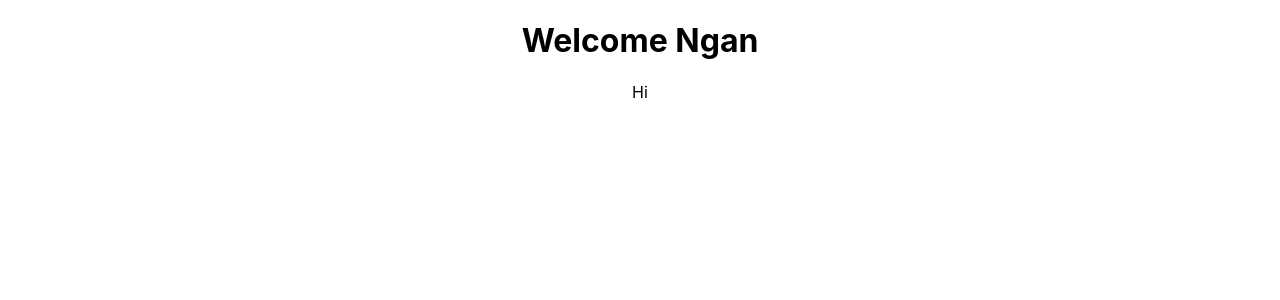
Repository: nguyenthibichngan/learn-react-redux
Page: /
An editor plug-in stored every save of this project. The page is shown before and after the next save, followed by the edit.
The browser window is 1280 px wide. The pictures show the whole page.
The project was rebuilt for these pictures with package versions that can differ from the ones it lists, and the page was loaded fresh each time.

Above is the page before, as saved 2023-09-11 14:11:08.

### src/App.js
import logo from "./logo.svg";
import "./App.css";
import { Greetings } from "./component/Greetings";

function App() {
  return (
    <div className="App">
      <h1>Welcome Ngan</h1>
      <Greetings firstName={"Rachel"} lastName={"Green"} age={30} />
    </div>
  );
}

export default App;

### src/component/Greetings.js
export function Greetings(props) {
  console.log(props);
  return <div>Hi</div>;
}

Loaded but not shown: public/index.html (common file); src/index.js (common file); src/index.css (common file); src/reportWebVitals.js (common file); src/App.css (common file)

After the next save:
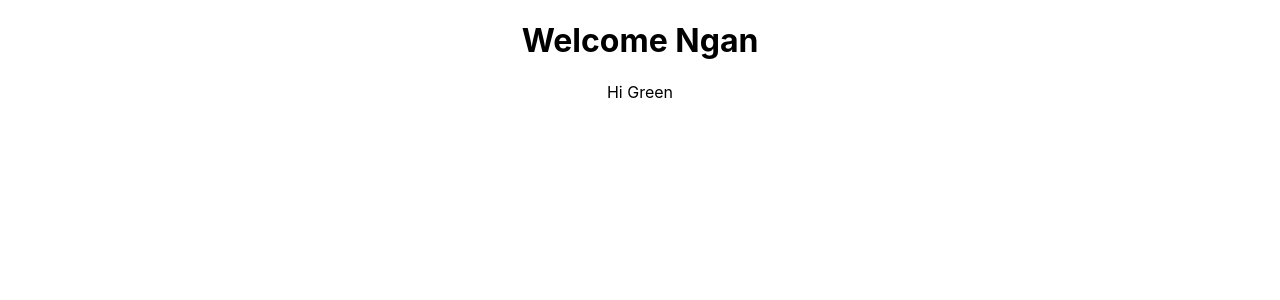
Saved 45 s later.
--- a/src/component/Greetings.js
+++ b/src/component/Greetings.js
@@ -1,4 +1,4 @@
 export function Greetings(props) {
   console.log(props);
-  return <div>Hi</div>;
+  return <div>Hi {props.lastName}</div>;
 }
